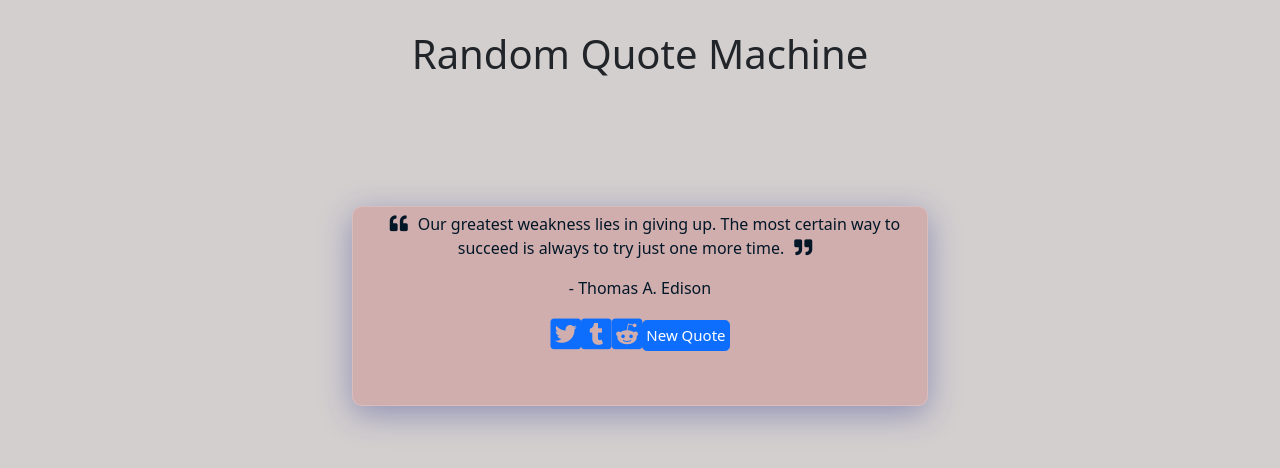
Repository: LuismGil/Random-quote-machine
Page: /
These files come from the project's save history. The page is drawn as it stood at one moment and after the next save; the edit follows.
The browser window is 1280 px wide. The pictures show the whole page.
The project was rebuilt for these pictures with package versions that can differ from the ones it lists, and the page was loaded fresh each time.

Above is the page before, as saved 2021-01-27 10:44:24.

After the next save:
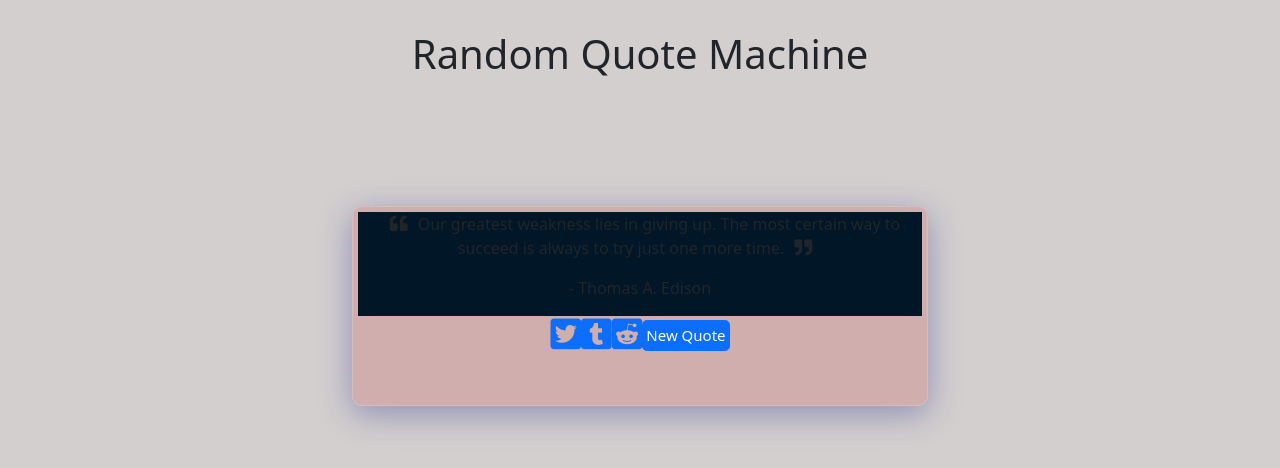
Saved 102 s later.
--- a/src/index.js
+++ b/src/index.js
@@ -127,7 +127,7 @@
   const { color, quote: quoteText, author } = quote;
 
   return (
-    <div style={{ color: color }}>
+    <div style={{ backgroundColor: color }}>
       <p id="text">
         <i className="fas fa-quote-left quote-icon" />
         {quoteText}

After the save that followed:
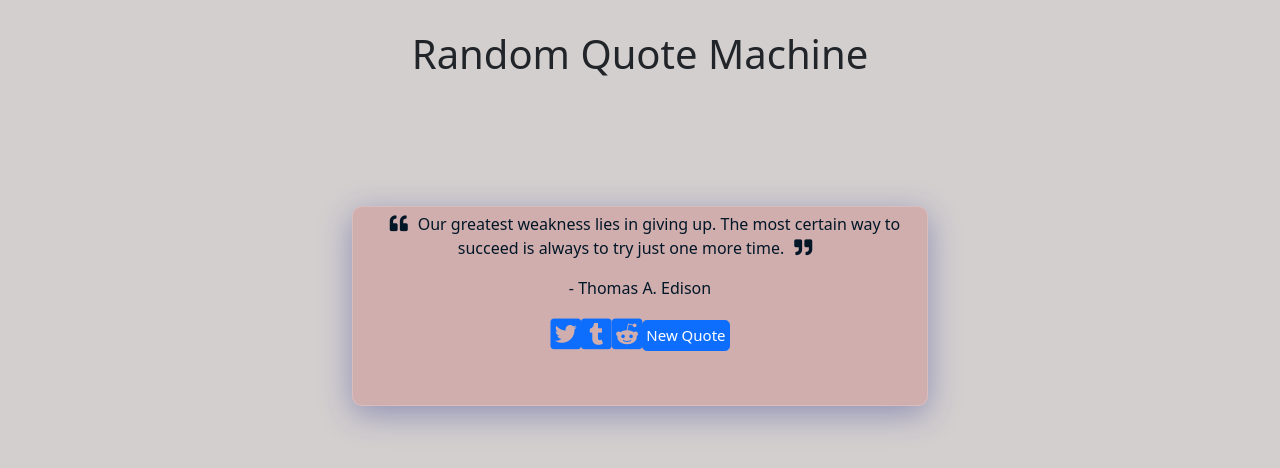
Saved 16 s later.
--- a/src/index.js
+++ b/src/index.js
@@ -127,7 +127,7 @@
   const { color, quote: quoteText, author } = quote;
 
   return (
-    <div style={{ backgroundColor: color }}>
+    <div style={{ color: color }}>
       <p id="text">
         <i className="fas fa-quote-left quote-icon" />
         {quoteText}
